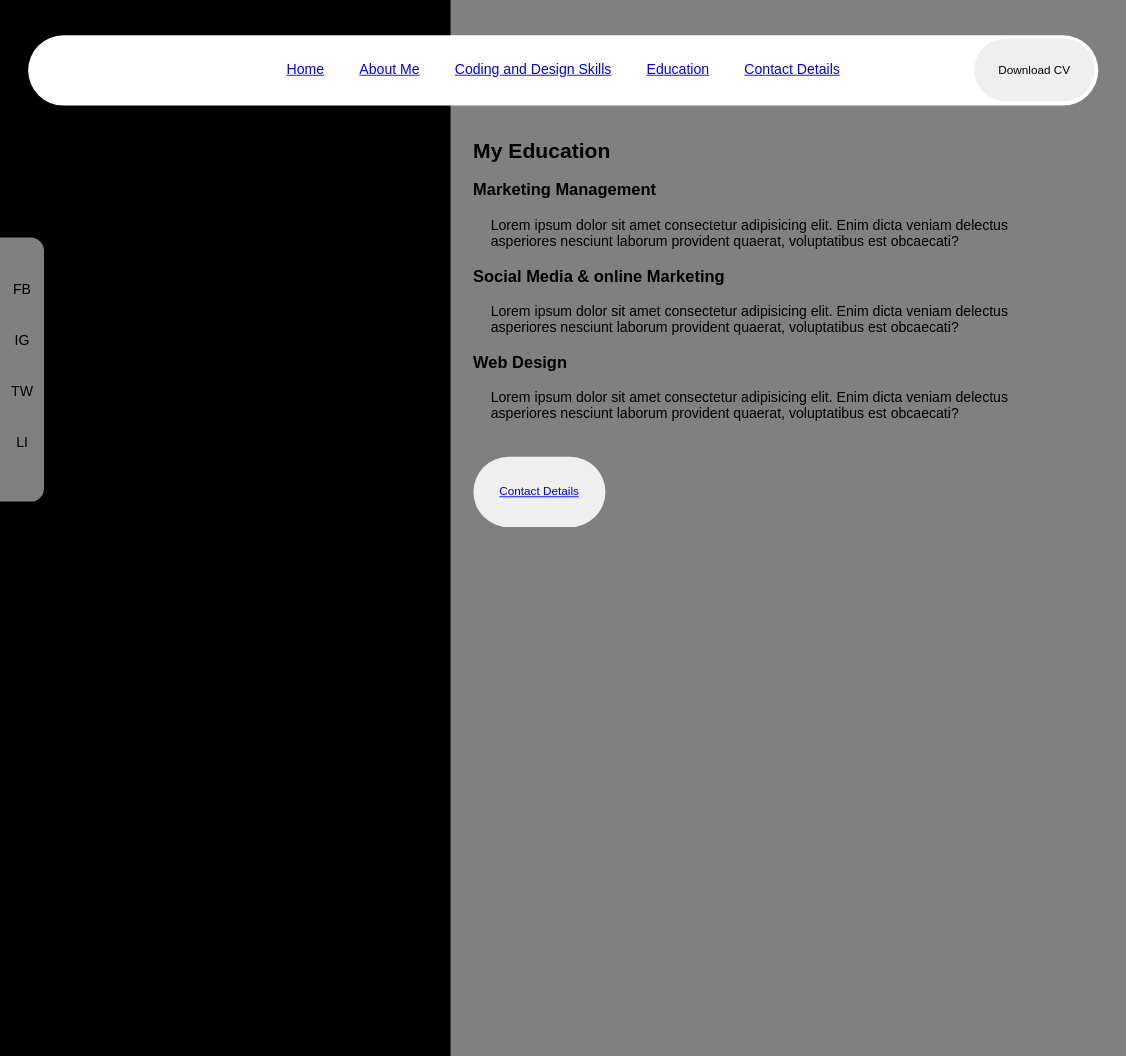
Repository: WesleyErasmus/MyDigitalResume-4
Page: education.html
The author's editor kept a copy of each file at every save. The page is drawn from the files as they stood at one save, then again after the next save.
The browser window is 1280 px wide. The pictures show the whole page, at 88% of full size.

Above is the page before, as saved 2022-02-19 22:33:10.

After the next save:
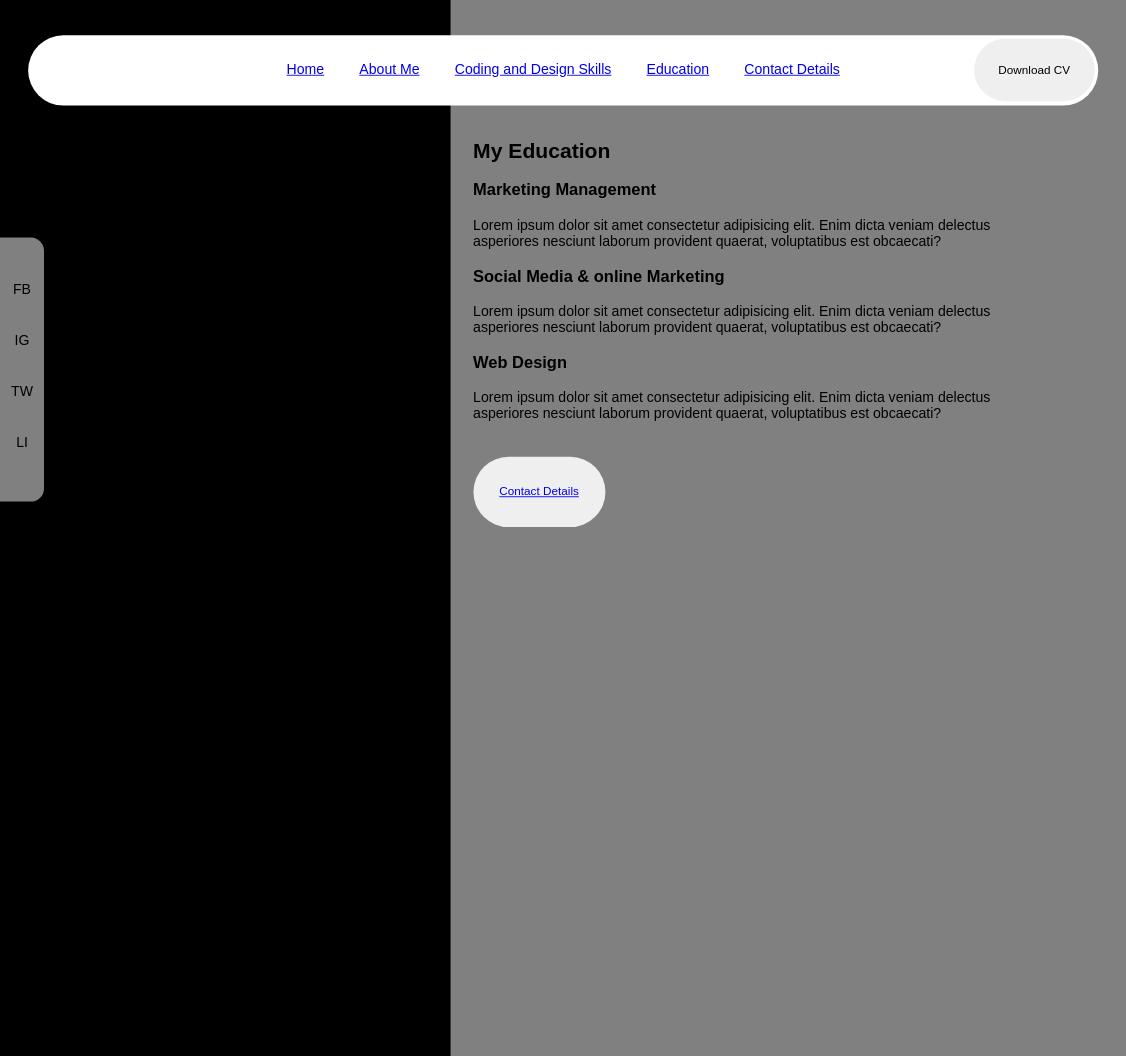
Saved 80 min 7 s later.
--- a/education.css
+++ b/education.css
@@ -84,9 +84,6 @@ h1#title {
 .education h3 {
     margin: 20px 0 20px 0;
 }
-.education p {
-    margin: 0 0 0 20px;
-}
 button.next-page {
     margin-top: 40px;
     width: 150px ;
